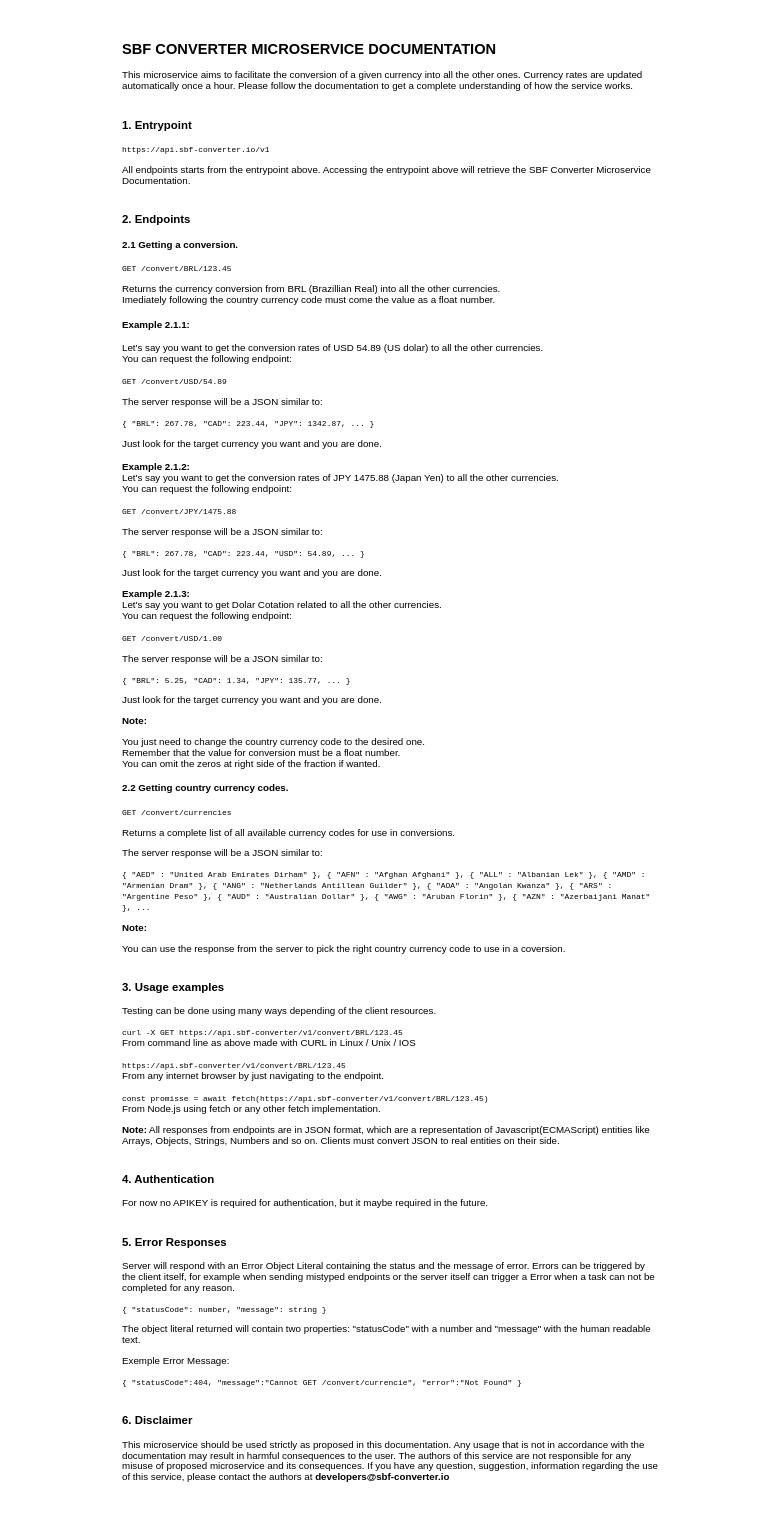
Repository: miguelamello/nestjs-restful-api
Page: documentation.html
The author's editor kept a copy of each file at every save. The page is drawn from the files as they stood at one save, then again after a run of saves.
The browser window is 1280 px wide. The pictures show the whole page, at 61% of full size.

Above is the page before, as saved 2023-03-23 15:11:02.

After the next 2 saves:
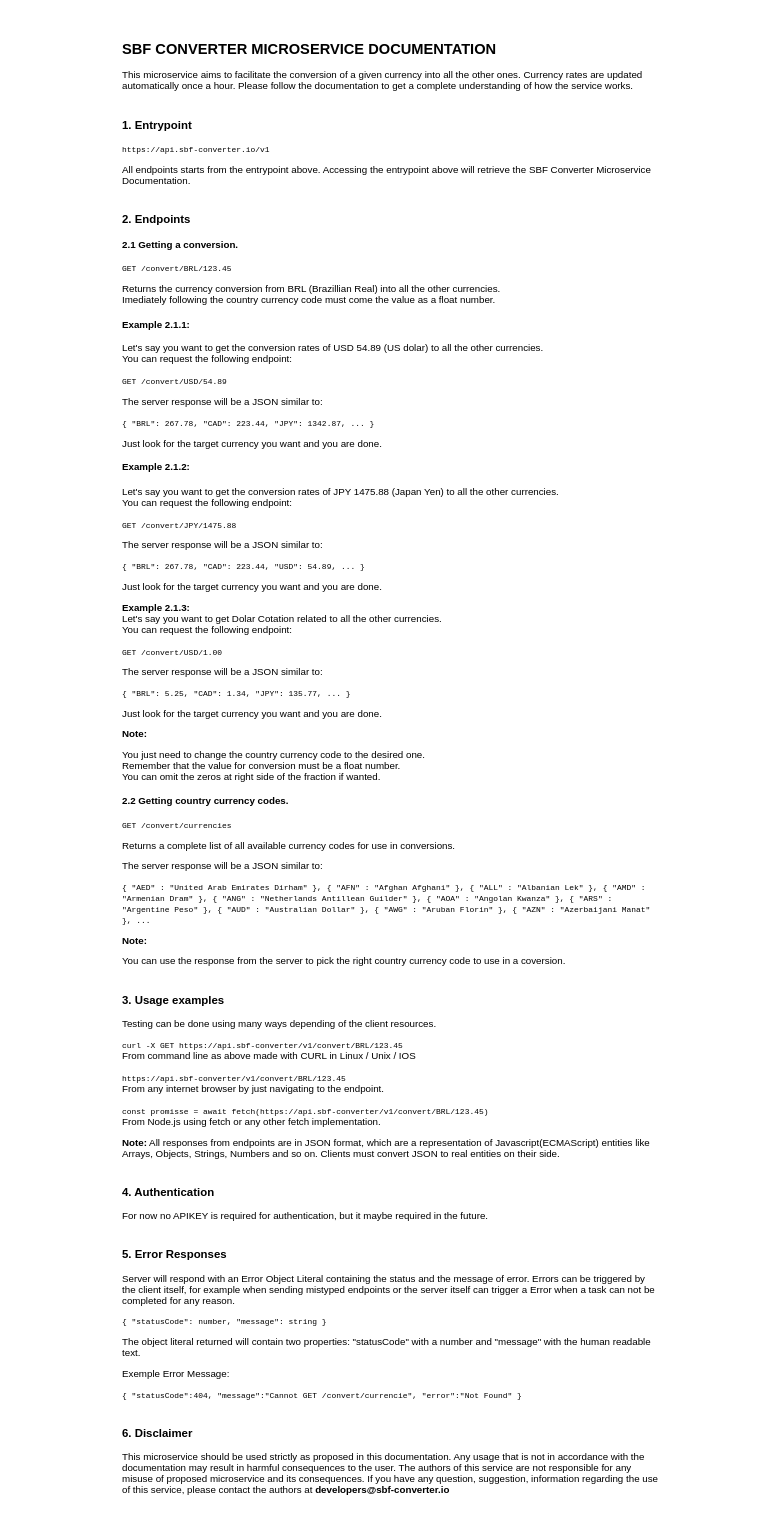
The 2 saves are shown as one change because they came seconds apart.
The last was saved 7 s later.
--- a/documentation.html
+++ b/documentation.html
@@ -52,8 +52,7 @@
     <p>Just look for the target currency you want and you are done.</p>
 
     <p>
-      <h4></h4>
-      <div><b>Example 2.1.2:</b></div>
+      <h4>Example 2.1.2:</h4>
       <div>Let's say you want to get the conversion rates of JPY 1475.88 (Japan Yen) to all the other currencies.</div>
       <div>You can request the following endpoint:</div><br>
       <code>GET /convert/JPY/1475.88</code>
